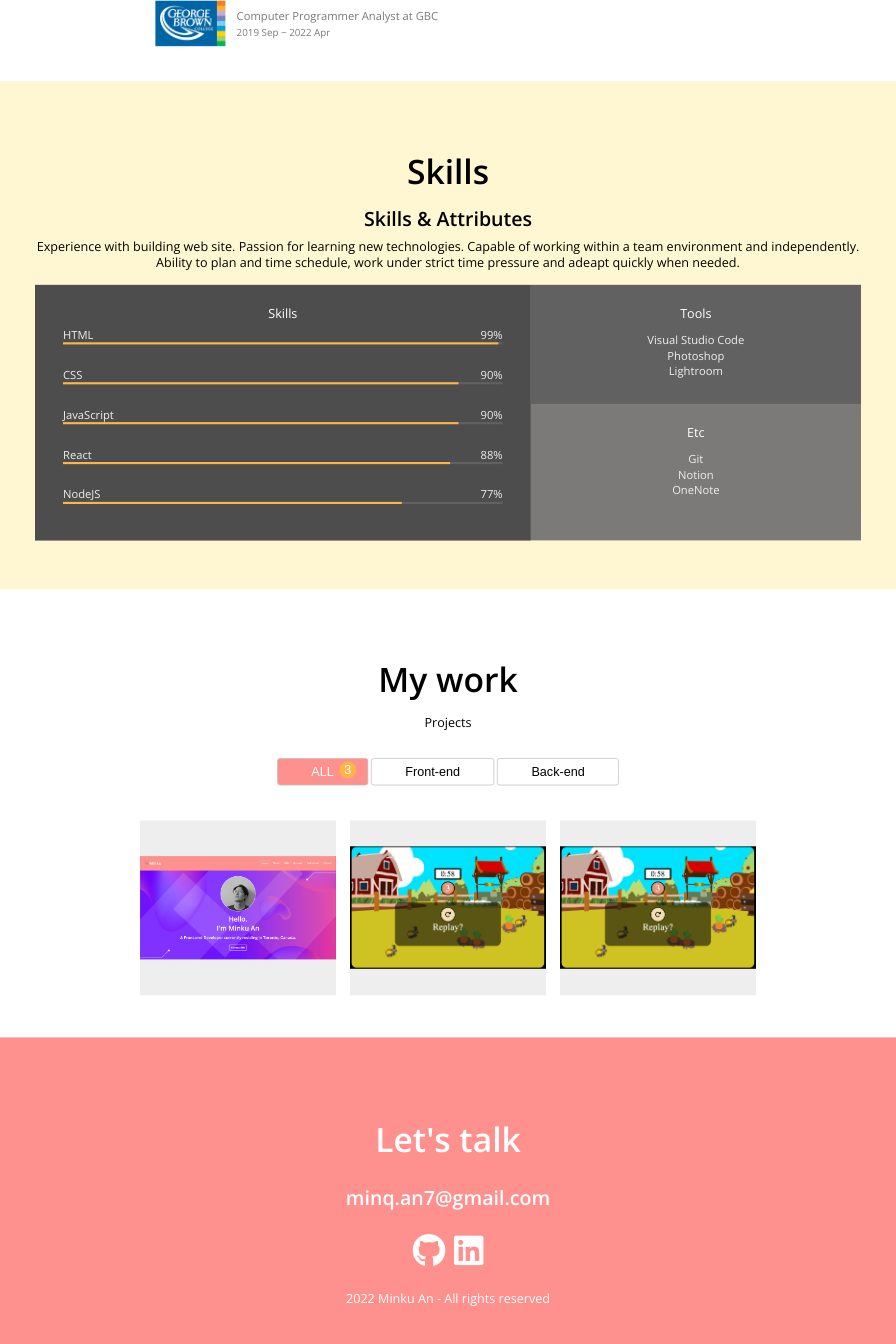
Repository: minQAn/minqan.github.io
Page: index.html
These files come from the project's save history. The page is drawn as it stood at one moment and after the next save; the edit follows.
The browser window is 1280 px wide. The pictures show the part of the page from y = 1420 to 3340 px (the page is 3340 px tall), at 70% of full size.
Some web libraries are served in a nearby version.

Above is the page before, as saved 2022-07-13 22:39:19.

After the next save:
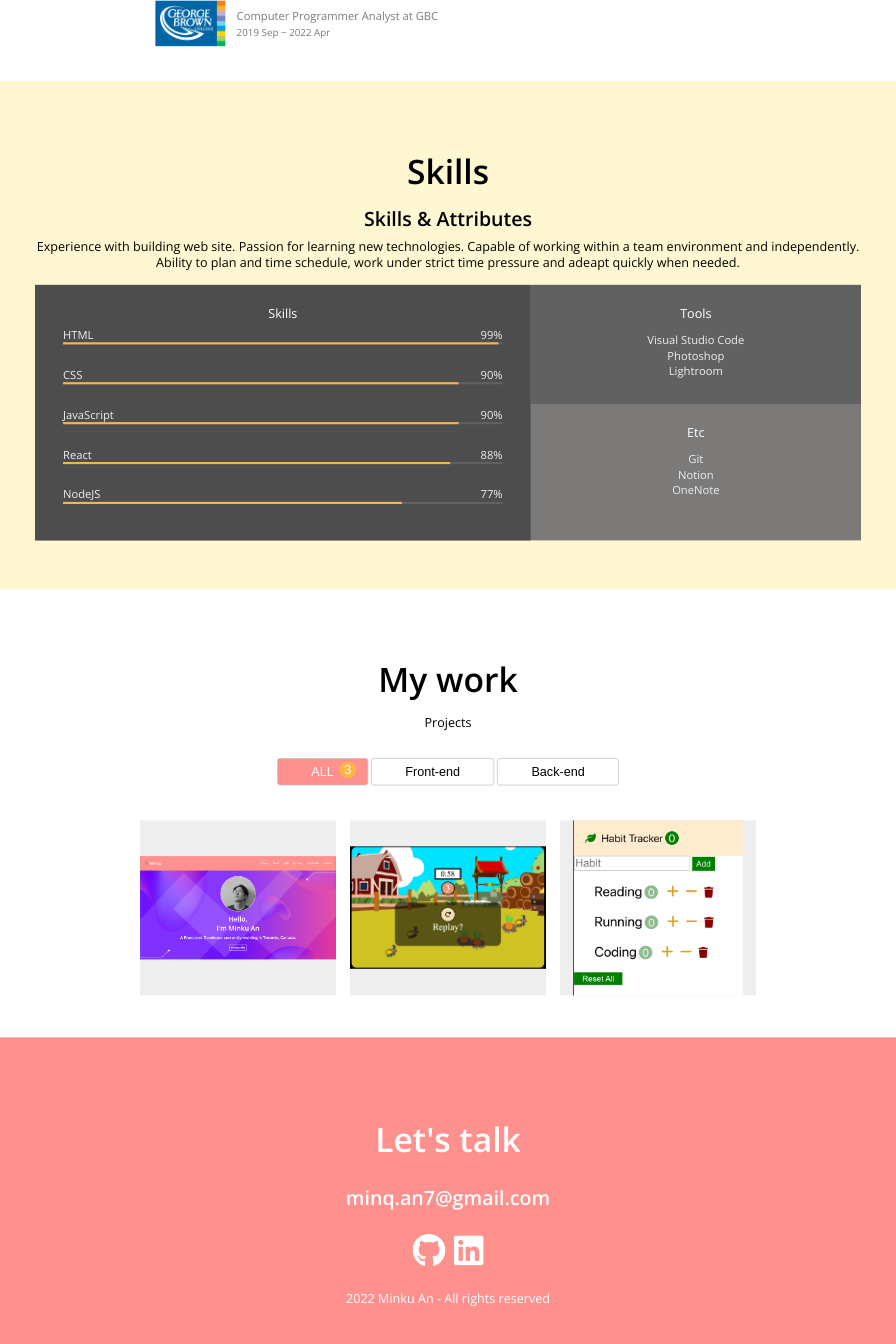
Saved 37 s later.
--- a/index.html
+++ b/index.html
@@ -243,8 +243,8 @@
                     </div>
                 </a>
 
-                <a href="https://github.com/minQAn/carrot-game" class="project" target="_blank" data-type="front-end">
-                    <img src="imgs/projects/carrot-game.png" alt="project screenshot" class="project__img">
+                <a href="https://github.com/minQAn/habit_tracker" class="project" target="_blank" data-type="front-end">
+                    <img src="imgs/projects/habit_tracker.png" alt="project screenshot" class="project__img">
                     <div class="project__description">
                         <h3>Carrot Game</h3>
                         <span>Carrot Game with HTML, CSS and Javascript</span>
